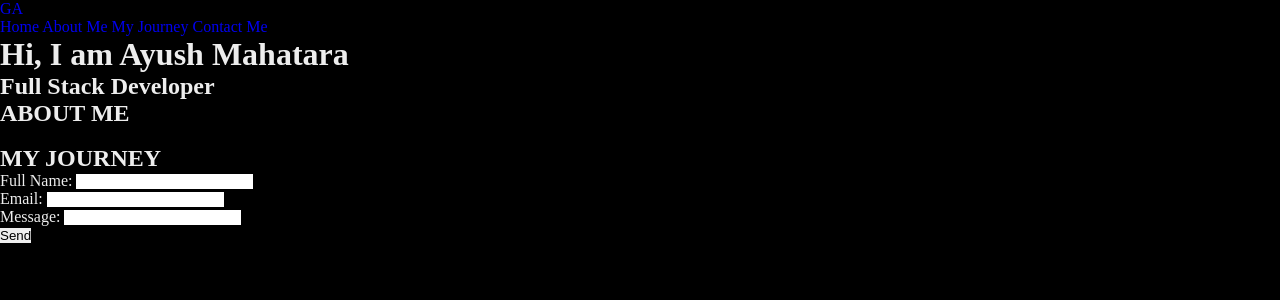
Repository: AyushMahatara/personal-website
Page: New folder/index.html
These files come from the project's save history. The page is drawn as it stood at one moment and after the next save; the edit follows.
The browser window is 1280 px wide. The pictures show the whole page.

Above is the page before, as saved 2023-08-09 22:49:18.

### New folder/index.html
<!DOCTYPE html>
<html lang="en">
  <head>
    <meta charset="UTF-8" />
    <meta name="viewport" content="width=device-width, initial-scale=1.0" />
    <link rel="stylesheet" href="/style.css" />
    <title>GA</title>
  </head>

  <style></style>
  <body>
    <header class="header">
      <a href="#" class="logo">GA</a>
      <nav>
        <a href="#">Home</a>
        <a href="#">About Me</a>
        <a href="#">My Journey</a>
        <a href="#">Contact Me</a>
        <!-- <a href="#">Home</a> -->
      </nav>
      <div class="intro">
        <h1>Hi, I am Ayush Mahatara</h1>
        <h2>Full Stack Developer</h2>
      </div>
    </header>
    <div class="second">
      <h2>ABOUT ME</h2>
      <div class="profilePic">
        <img src="" alt="" />
      </div>
      <div class="aboutMe"></div>
    </div>

    <div class="third">
      <h2>MY JOURNEY</h2>
      <div class="experience"></div>
    </div>

    <div class="contactMe">
      <div>
        <form action="">
          <div>
            <label for="">Full Name:</label>
            <input type="text" />
          </div>
          <div>
            <label for="">Email:</label>
            <input type="email" required />
          </div>
          <div>
            <label for="">Message:</label>
            <input type="textarea" />
            <div>
              <button type="submit">Send</button>
            </div>
          </div>
        </form>
      </div>
    </div>

    <footer>
      <div>
        <div>
          <a href=""></a>
          <a href=""></a>
        </div>
      </div>
    </footer>
  </body>
</html>

### New folder/style.css
* {
  margin: 0;
  padding: 0;
  text-decoration: none;
  box-sizing: border-box;
  border: none;
  scroll-behavior: smooth;
}

:root {
  --bg-color: #000000;
  --second-bg-color: #112e42;
  --text-color: #ededed;
  --main-color: #00abf0;
}

body {
  background: var(--bg-color);
  color: var(--text-color);
}

.header {
}

After the next save:
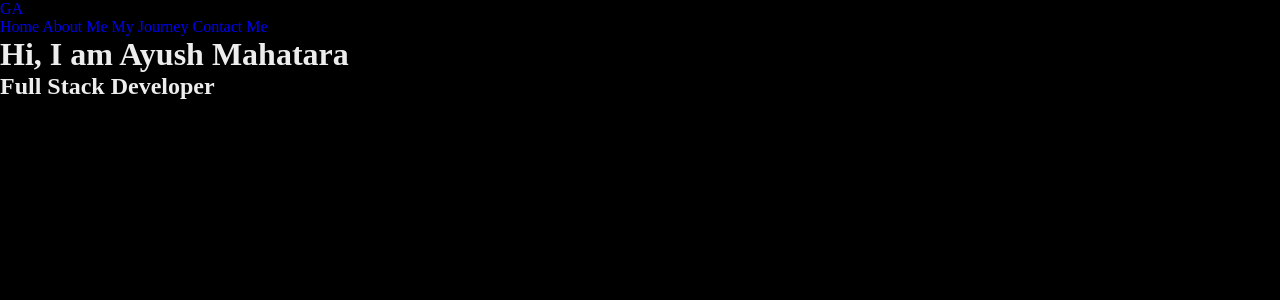
Saved 3 min 4 s later.
--- a/New folder/index.html
+++ b/New folder/index.html
@@ -23,7 +23,7 @@
         <h2>Full Stack Developer</h2>
       </div>
     </header>
-    <div class="second">
+    <!-- <div class="second">
       <h2>ABOUT ME</h2>
       <div class="profilePic">
         <img src="" alt="" />
@@ -56,7 +56,7 @@
           </div>
         </form>
       </div>
-    </div>
+    </div> -->
 
     <footer>
       <div>
